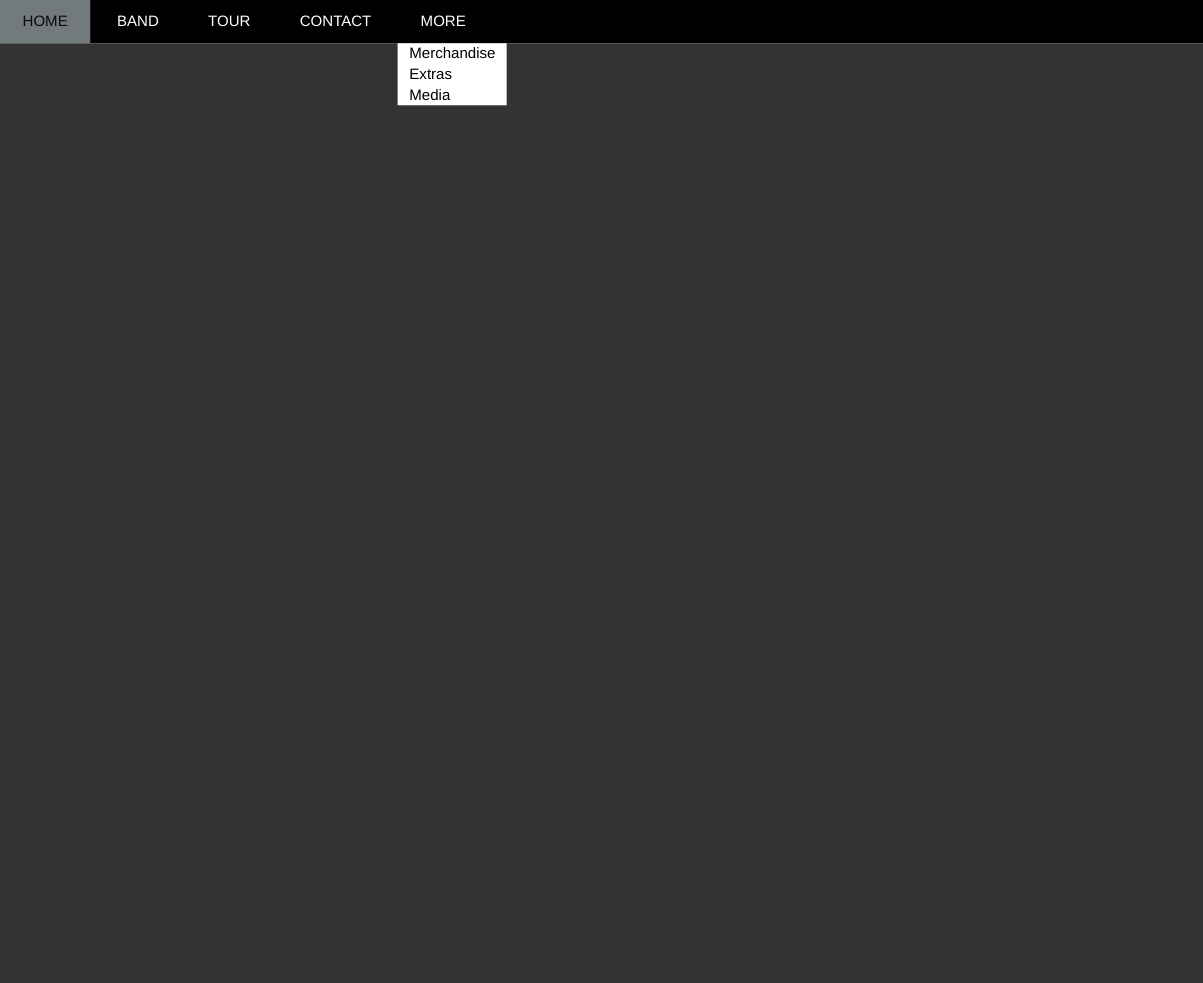
Repository: anhviet-key/hello-cac-ban
Page: HTMS_CSS ZERO 0/index.html
These files come from the project's save history. The page is drawn as it stood at one moment and after the next save; the edit follows.
The browser window is 1280 px wide. The pictures show the whole page, at 94% of full size.

Above is the page before, as saved 2021-10-03 23:08:47.

After the next save:
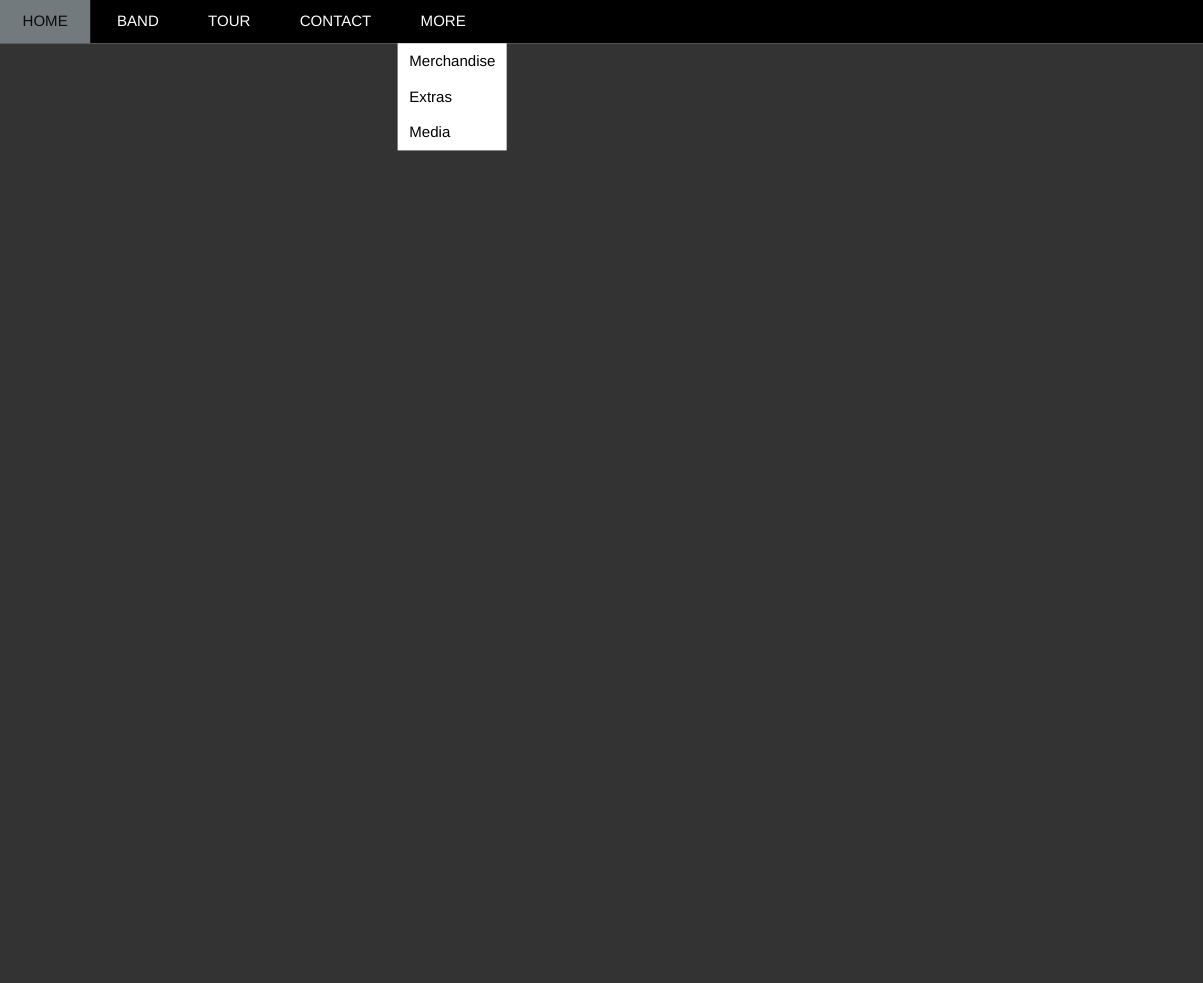
Saved 5 s later.
--- a/HTMS_CSS ZERO 0/assets/css/style.css
+++ b/HTMS_CSS ZERO 0/assets/css/style.css
@@ -53,7 +53,7 @@ html {
 #nav .subnav a {
     color: black;
     padding: 0px 12px;
-    line-height: 22px;
+    line-height: 38px;
 }
 
 #slider {
